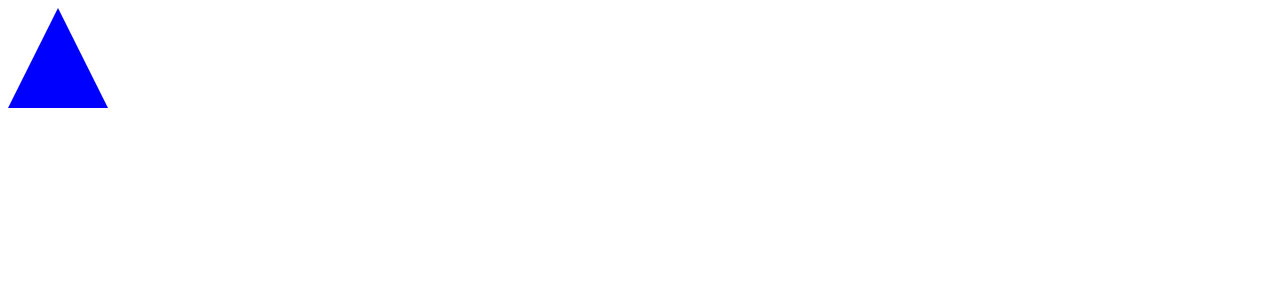
Repository: cdl1991213/LeetCode
Page: te.html
The author's editor kept a copy of each file at every save. The page is drawn from the files as they stood at one save, then again after the next save.
The browser window is 1280 px wide. The pictures show the whole page.

Above is the page before, as saved 2023-08-23 19:43:01.

After the next save:
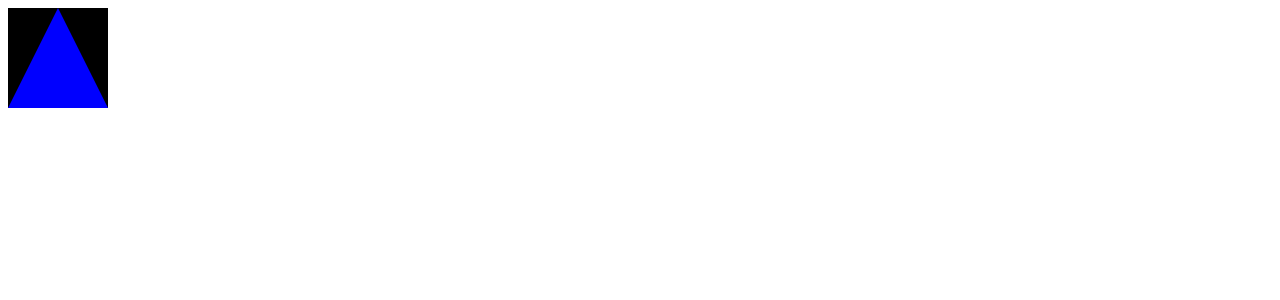
Saved 114 s later.
--- a/te.html
+++ b/te.html
@@ -5,8 +5,8 @@
 .triangle {
   width: 0;
   height: 0;
-  border-left: 50px solid transparent;
-  border-right: 50px solid transparent;
+  border-left: 50px solid ;
+  border-right: 50px solid ;
   border-bottom: 100px solid blue;
 }
 </style>

After the save that followed:
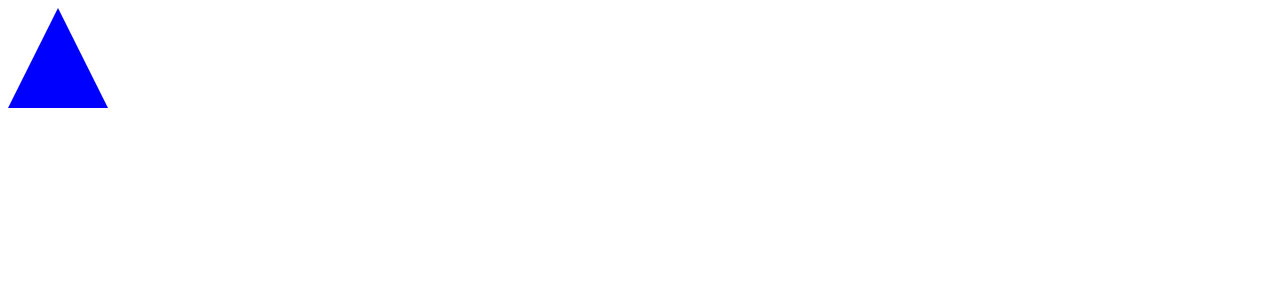
Saved 13 min 4 s later.
--- a/te.html
+++ b/te.html
@@ -5,8 +5,8 @@
 .triangle {
   width: 0;
   height: 0;
-  border-left: 50px solid ;
-  border-right: 50px solid ;
+  border-left: 50px solid transparent;
+  border-right: 50px solid transparent;
   border-bottom: 100px solid blue;
 }
 </style>
